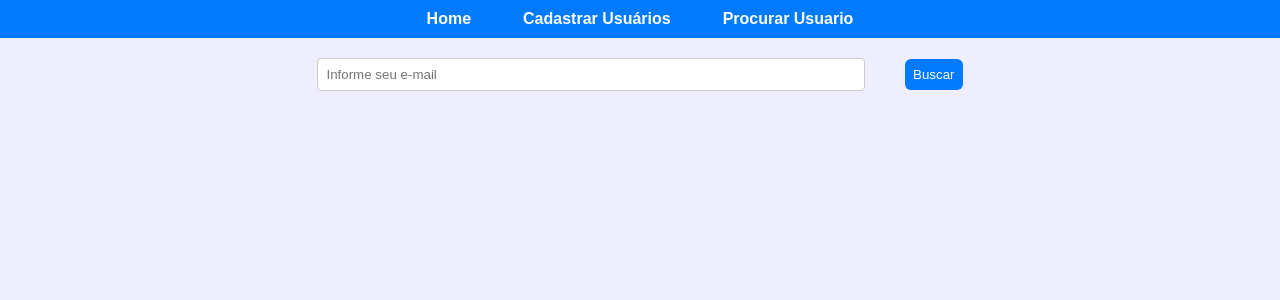
Repository: diegoeiti/Logica-Programacao
Page: http://localhost/paginas/verificarUsuario.php
The author's editor kept a copy of each file at every save. The page is drawn from the files as they stood at one save, then again after a run of saves.
The browser window is 1280 px wide. The pictures show the whole page.
The page is run by PHP 8.4 with error messages shown; the project is at /var/www/html/.

Above is the page before, as saved 2025-10-31 10:32:42.

After the next 3 saves:
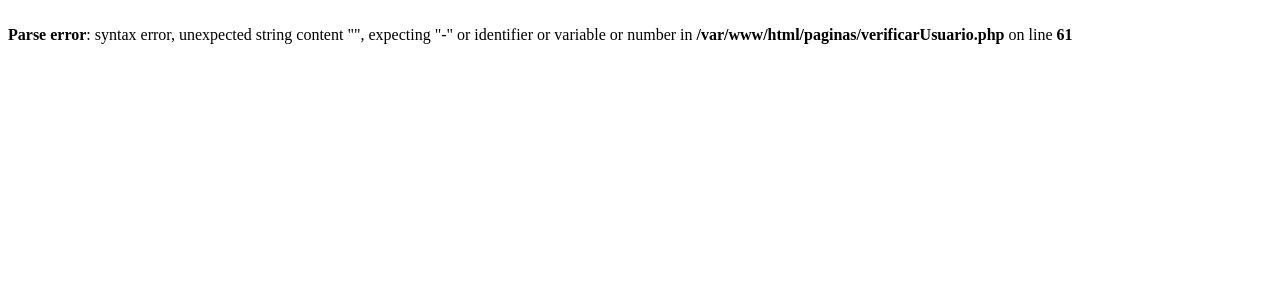
The 3 saves are shown as one change because they came seconds apart.
The last was saved 91 s later.
--- a/Modulo 3 - PHP/Aula 20 CRUDalunos/paginas/verificarUsuario.php
+++ b/Modulo 3 - PHP/Aula 20 CRUDalunos/paginas/verificarUsuario.php
@@ -45,10 +45,32 @@
 
                         if ($resultado->num_rows > 0) {
                             $row = $resultado->fetch_assoc();
-                            echo $row['id'];
-                            echo $row['nome'];
-                            echo $row['sobrenome'];
-                            echo $row['email'];
+                            echo "<table>
+    <thead>
+        <tr>
+            <th>Id</th>
+            <th>Nome</th>
+            <th>Sobrenome</th>
+            <th>Email</th>
+            <th>Excluir</th>
+        </tr>
+    </thead>
+
+    <tbody>
+        <tr>
+            <td>$row['id']</td>
+            <td>$row['nome']</td>
+            <td>$row['sobrenome']</td>
+            <td>$row['email']</td>
+            <td>
+                <form action='excluirCadastro.php' method='post'>
+                    <input type='hidden' name='id' value='$row['id']'>
+                    <input type='submit' id='btn-excluir' value='&#x1f5d1'>
+                </form>
+            </td>
+        </tr>
+    </tbody>
+</table>"
                         }
                     }
 
